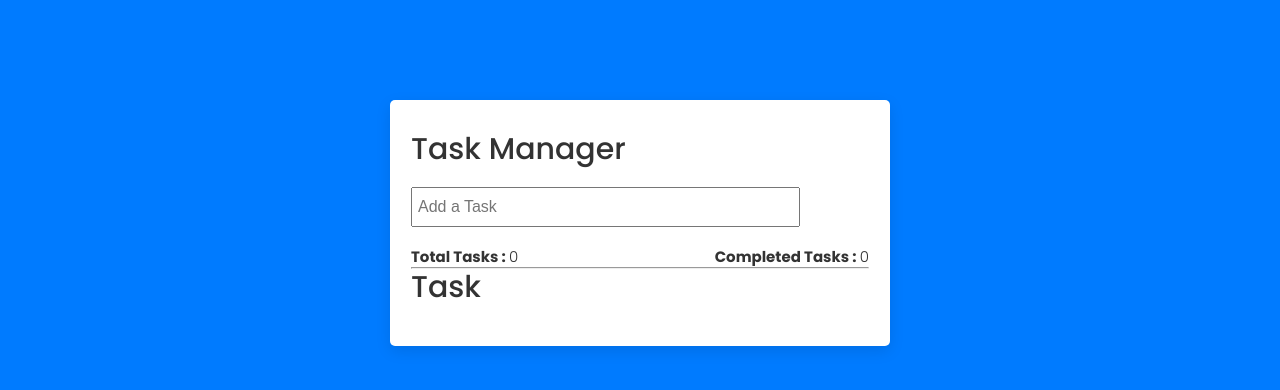
Repository: lucas-andedi/mern-task-manager-app-backend
Page: / (app in frontend/)
These files come from the project's save history. The page is drawn as it stood at one moment and after a run of saves; the edit follows.
The browser window is 1280 px wide. The pictures show the whole page.
The project was rebuilt for these pictures with package versions that can differ from the ones it lists, and the page was loaded fresh each time.

Above is the page before, as saved 2022-11-28 16:35:09.

After the next 4 saves:
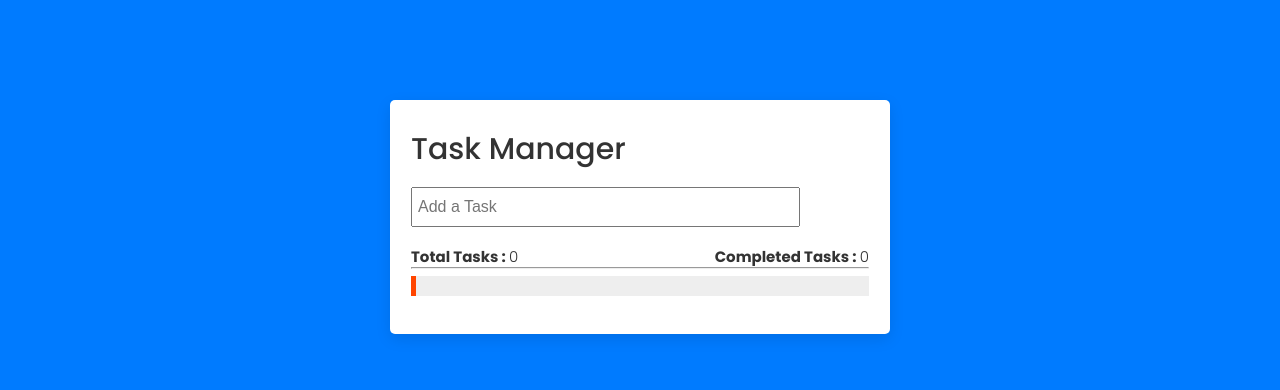
The 4 saves are shown as one change because they came seconds apart.
The last was saved 2 min 38 s later.
--- a/frontend/src/components/Task.js
+++ b/frontend/src/components/Task.js
@@ -2,8 +2,8 @@
 
 const Task = () => {
   return (
-    <div>
-      <h2>Task</h2>
+    <div className="task">
+
     </div>
   )
 }
